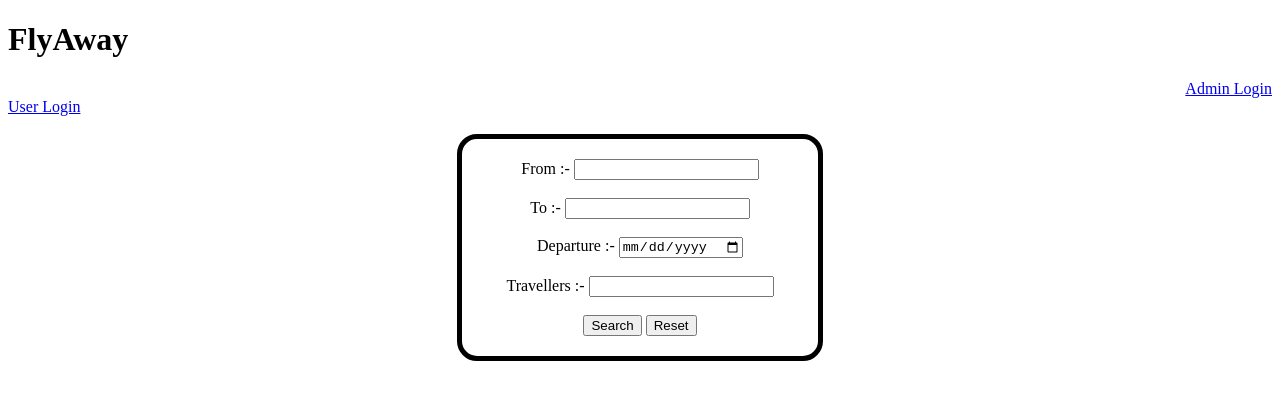
Repository: sachin3018/phase-2
Page: http://localhost/JSPServer/AdminHome.jsp
An editor plug-in stored every save of this project. The page is shown before and after a run of saves, followed by the edit.
The browser window is 1280 px wide. The pictures show the whole page.
The page is served by Tomcat 9. Other server files are loaded and not shown.

Above is the page before, as saved 2021-10-18 05:32:20.

### JSPServer/src/main/webapp/AdminHome.jsp
<%@ page language="java" contentType="text/html; charset=ISO-8859-1"
    pageEncoding="ISO-8859-1"%>
<%@ page import="java.util.*" %>
<!DOCTYPE html>
<html>
<head>
<meta charset="ISO-8859-1">
<title>FlyAway</title>
</head>
<body >
<h1>FlyAway</h1>

<div align="right">
<a href="AdminPage.jsp">Admin Login</a>
</div>

<%
	@SuppressWarnings("unchecked")
	HashMap<String,String> user=(HashMap<String,String>)session.getAttribute("user");
	if(user!=null){
%>
<p>Welcome <%=user.get("name") %></p>
<a href="Logout">Logout</a>
<%
	}else{
%>
<a href=UserPage.jsp>User Login</a>
<%
	}
%>
<br><br>
<center>
<div style="border:5px solid black;width:25%;border-radius:20px;padding:20px" align="center">
<form action="FlightList" method="post">
	<label for=from>From :-</label> <input type=text name=from id=from/><br><br>
	<label for=to>To :-</label> <input type=text name=to id=to/><br><br>
	<label for=departure>Departure :-</label> <input type=date name=departure id=departure/><br><br>
	<label for=travellers>Travellers :-</label> <input type=number name=travellers id=travellers/><br><br>
	<input type=submit value=Search /> <input type=reset />
</form>
</div>
</center>
</body>
</html>

After the next 2 saves:
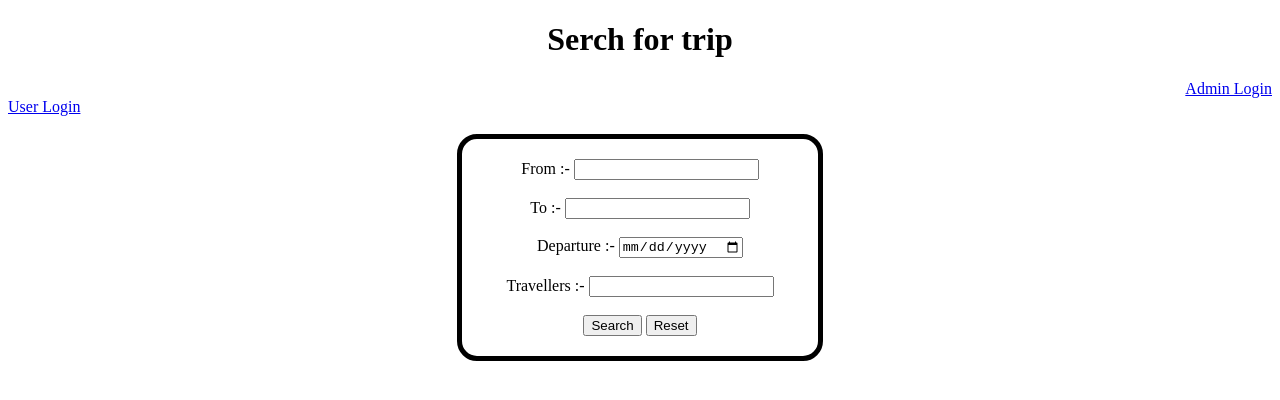
The 2 saves are shown as one change because they came seconds apart.
The last was saved 33 s later.
--- a/JSPServer/src/main/webapp/AdminHome.jsp
+++ b/JSPServer/src/main/webapp/AdminHome.jsp
@@ -5,10 +5,10 @@
 <html>
 <head>
 <meta charset="ISO-8859-1">
-<title>FlyAway</title>
+<title>Book And Fly</title>
 </head>
 <body >
-<h1>FlyAway</h1>
+<center><h1>Serch for trip</h1></center>
 
 <div align="right">
 <a href="AdminPage.jsp">Admin Login</a>
